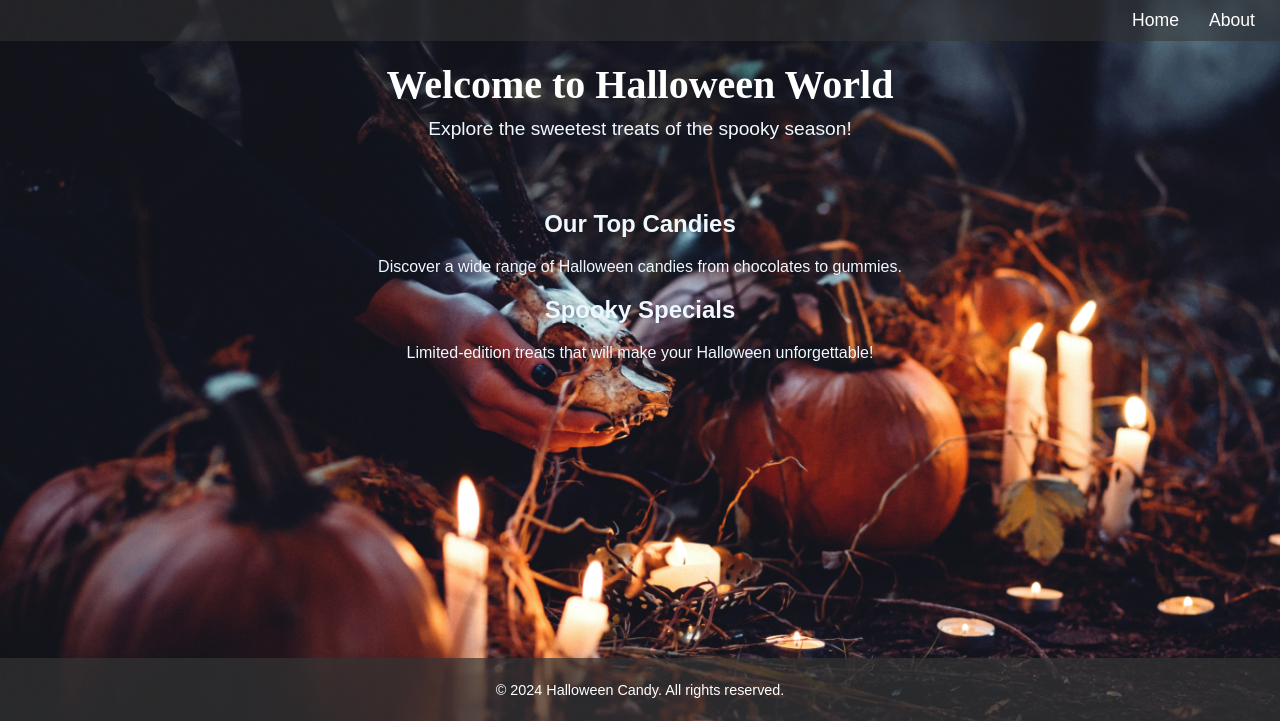
Repository: monicaifijeh/test2
Page: kyportfolio/src/indexHallo.html
These files come from the project's save history. The page is drawn as it stood at one moment and after the next save; the edit follows.
The browser window is 1280 px wide. The pictures show the whole page.

Above is the page before, as saved 2024-12-20 17:54:03.

After the next save:
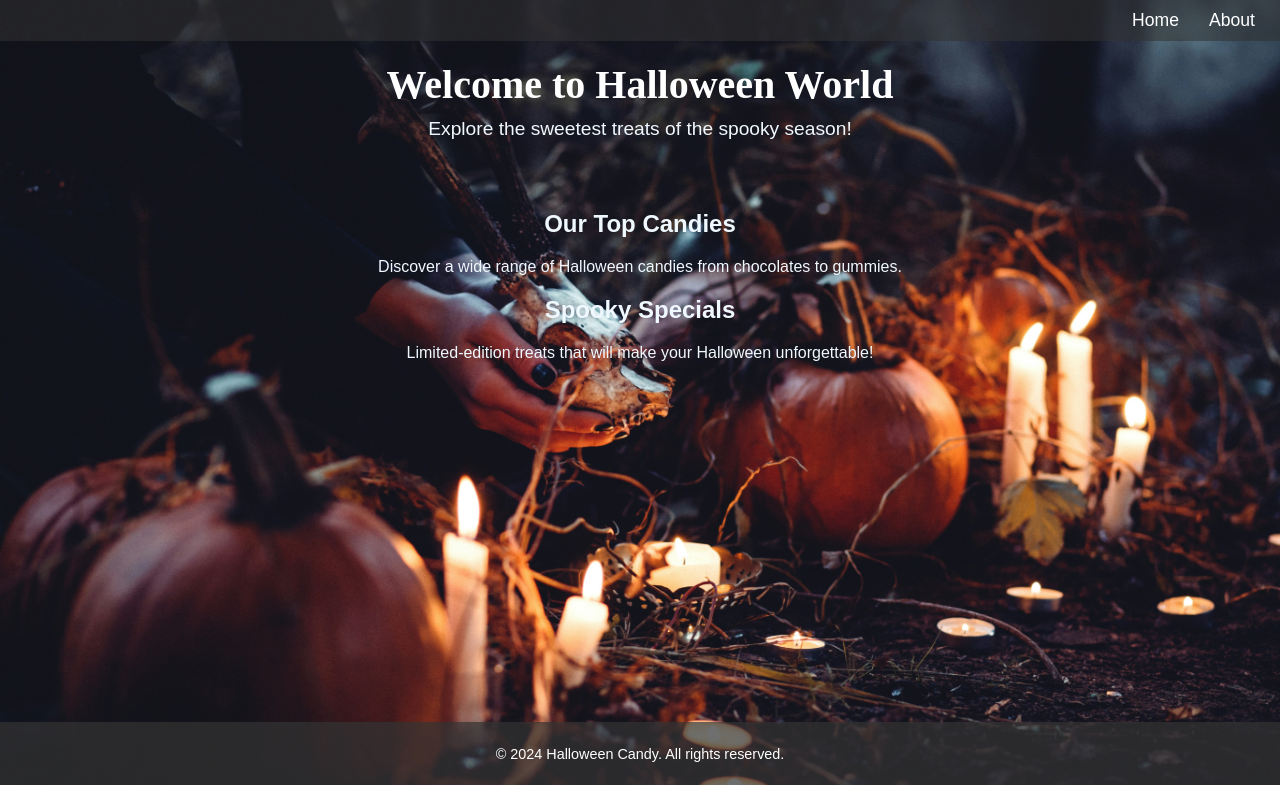
Saved 14 s later.
--- a/kyportfolio/src/kystyle.css
+++ b/kyportfolio/src/kystyle.css
@@ -66,7 +66,7 @@ section {
 }
 
 footer {
-    margin-top: 20%;
+    margin-top: 25%;
     text-align: center;
     padding: 10px;
     background-color: #333333b4;
